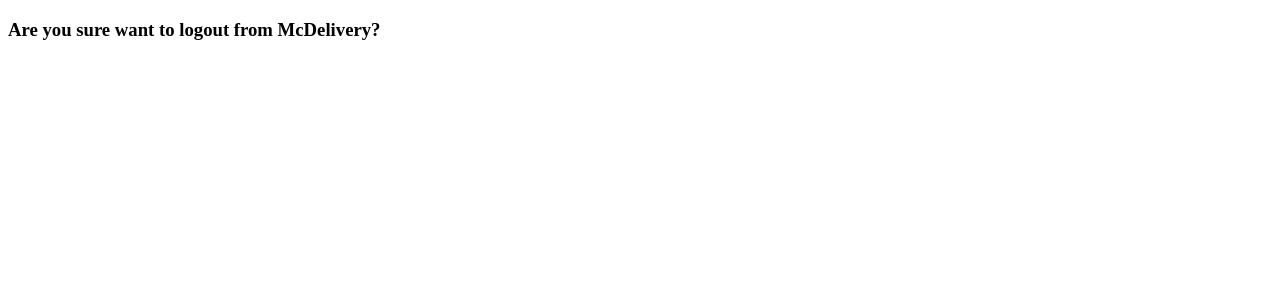
Repository: Jeck97/Mcdonald-Delivery-System
Page: McDelivery/WebContent/placeOrder/zeroOrderPage.html
These files come from the project's save history. The page is drawn as it stood at one moment and after the next save; the edit follows.
The browser window is 1280 px wide. The pictures show the whole page.

Above is the page before, as saved 2020-07-11 05:45:58.

After the next save:
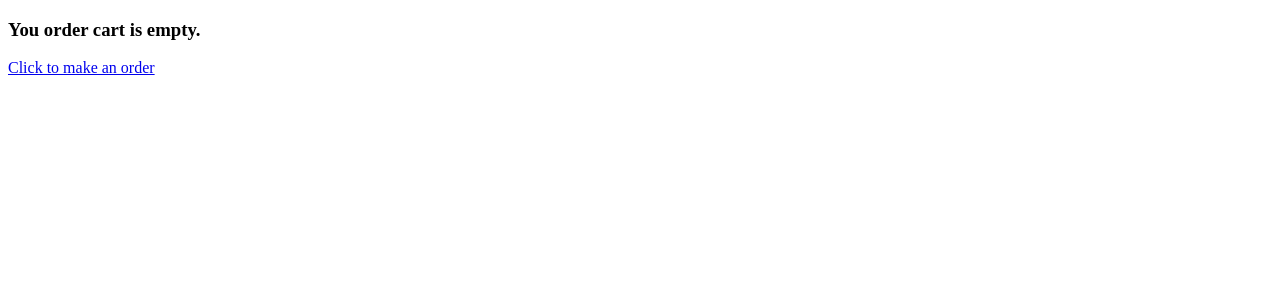
Saved 3 min 32 s later.
--- a/McDelivery/WebContent/placeOrder/zeroOrderPage.html
+++ b/McDelivery/WebContent/placeOrder/zeroOrderPage.html
@@ -6,7 +6,9 @@
 </head>
 <body>
 
-	<h3>Are you sure want to logout from McDelivery?</h3>
+	<h3>You order cart is empty.</h3>
+
+	<a href="orderForm.jsp">Click to make an order</a>
 
 </body>
 </html>
